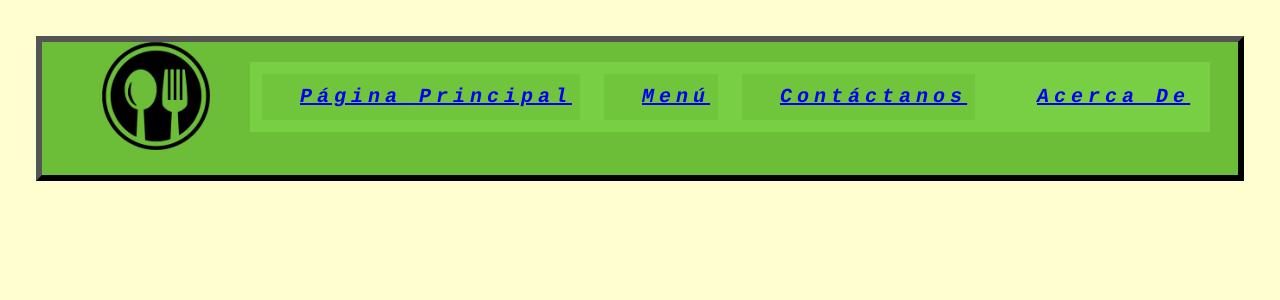
Repository: UVMCoyoacan/eq06_sitio1
Page: index.html
The author's editor kept a copy of each file at every save. The page is drawn from the files as they stood at one save, then again after the next save.
The browser window is 1280 px wide. The pictures show the whole page.

Above is the page before, as saved 2024-03-07 10:39:16.

After the next save:
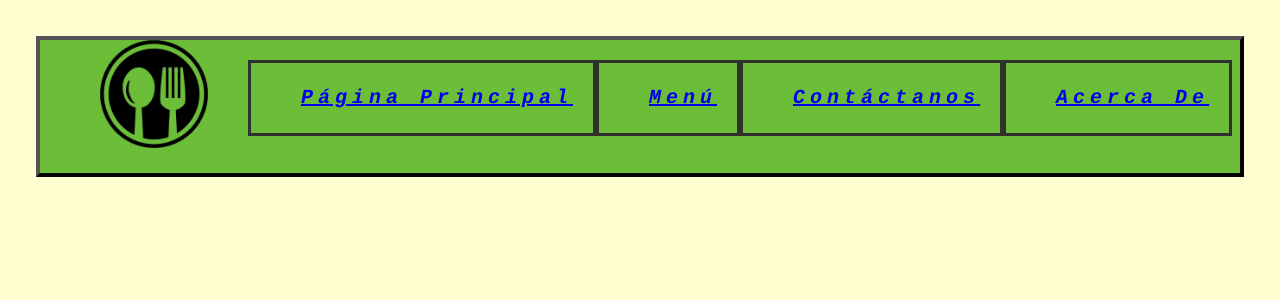
Saved 28 s later.
--- a/Carpeta estilos/estilo1.css
+++ b/Carpeta estilos/estilo1.css
@@ -25,13 +25,13 @@ header{
   text-indent:60px;
   border-style: outset;
   border-color: #000000;
-  border-width: .5ch;
+  border-width: .4ch;
 
 }
 li {
   display: inline;
   float: left;
-  background-color:#79cf43;
+  background-color:#6cbe39;
   font-size:20px;
   font-family:Courier;
   font-weight:bold;
@@ -42,6 +42,8 @@ li {
   text-transform:capitalize;
   text-align:left;
   text-indent:30px;
+  border-style:solid;
+  border-color: #303130;
   padding: 12px;
 }
 
@@ -49,7 +51,7 @@ li {
 a {
   display: block;
   padding: 8px;
-  background-color:#71c53d;
+  background-color:#6cbe39;
 }
 .active {
   background-color:transparent;
